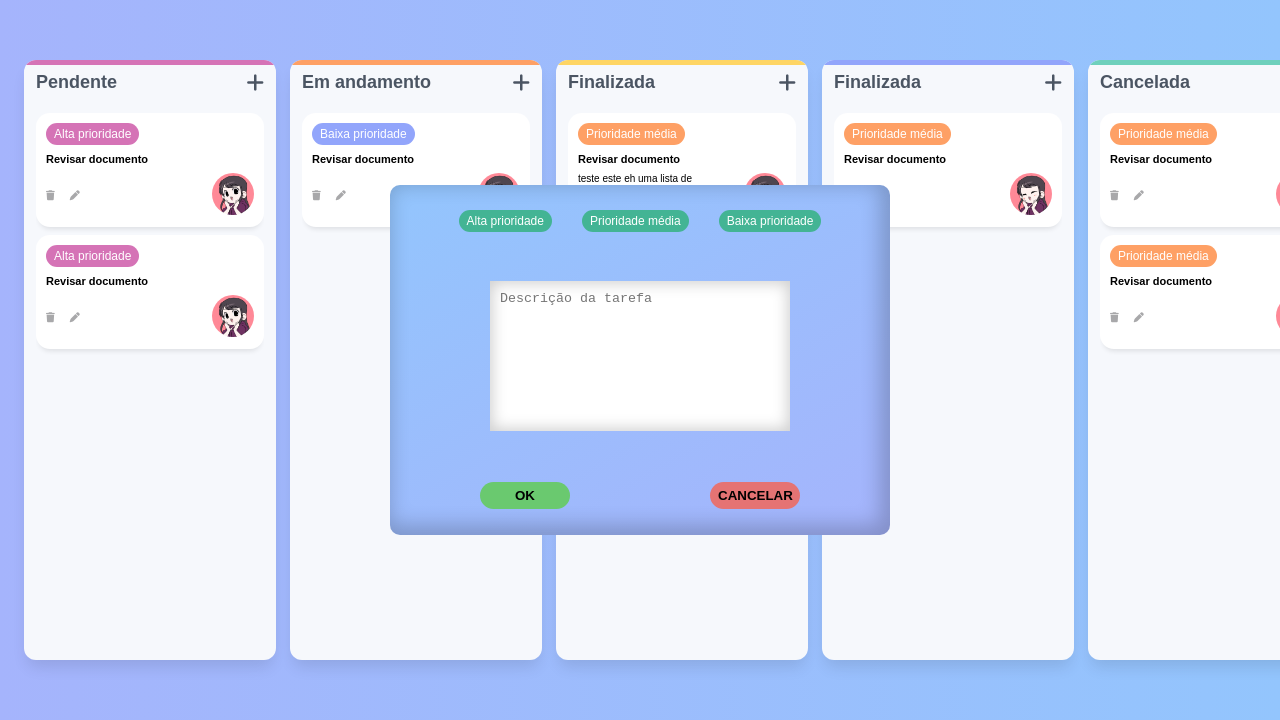
Repository: Marinalr-25/ProjetoToDoList
Page: index.html
These files come from the project's save history. The page is drawn as it stood at one moment and after the next save; the edit follows.
The browser window is 1280 px wide. The pictures show the whole page.
Some web fonts or font styles are not loaded; a fallback is used. Some web libraries are served in a nearby version.

Above is the page before, as saved 2024-11-01 12:41:23.

After the next save:
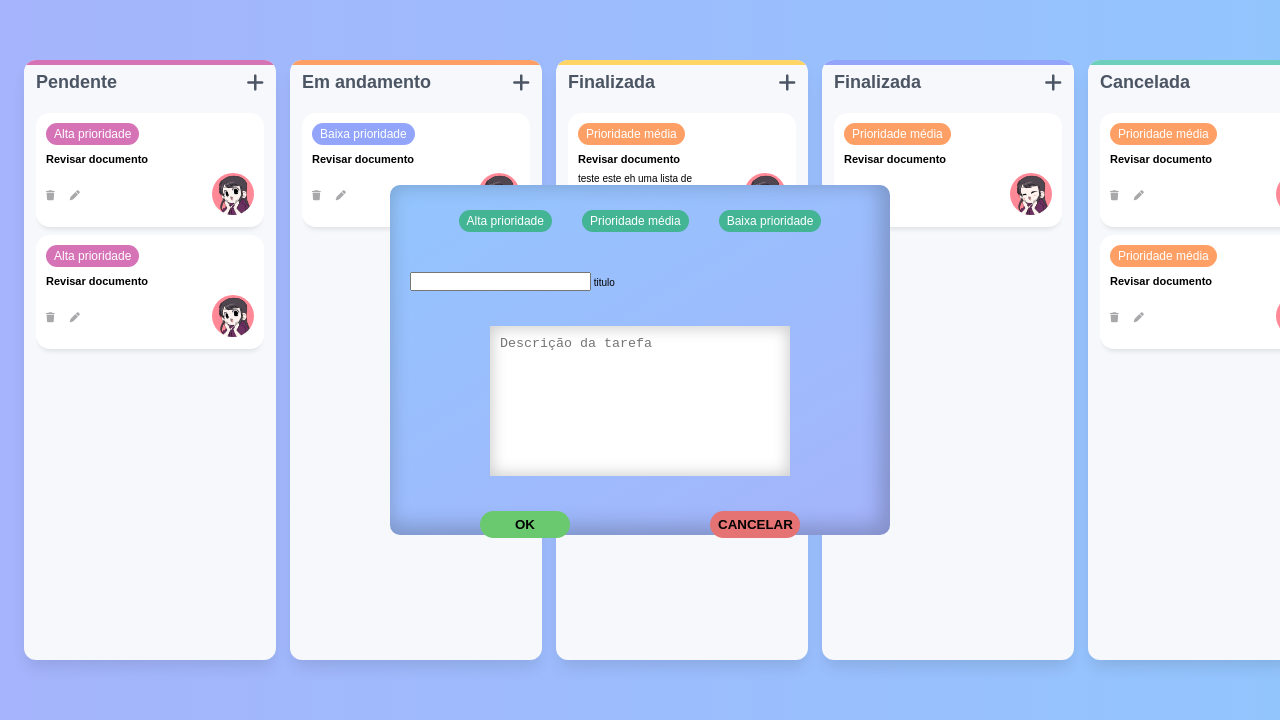
Saved 112 s later.
--- a/index.html
+++ b/index.html
@@ -232,6 +232,10 @@
             <label for="baixa_prioridade">Baixa prioridade</label>
           </div>
       </div>
+      <div class="title">
+        <input type="text" name="title" id="title">
+        <label for="title">titulo</label>
+      </div>
       <div class="descricao">
         <textarea placeholder="Descrição da tarefa" name="caixa_texto" id="caixa_texto" class="caixa_texto"></textarea>
       </div>
